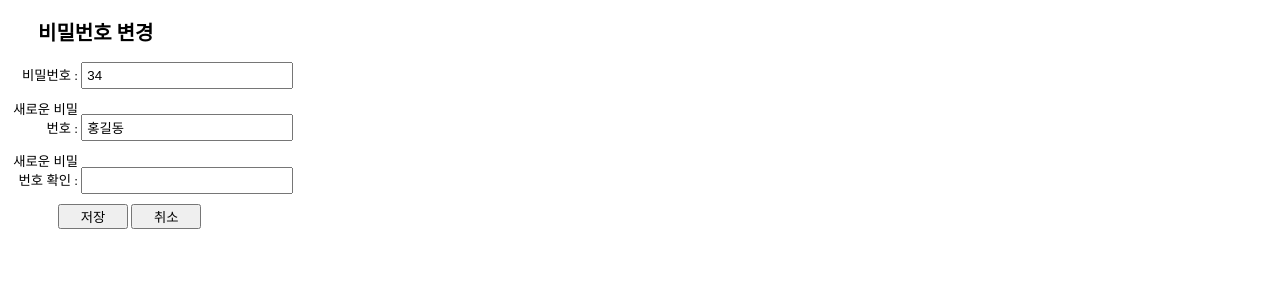
Repository: 5anniversary/JSPhw
Page: html1/WebContent/02practice/pwchange.html
The author's editor kept a copy of each file at every save. The page is drawn from the files as they stood at one save, then again after the next save.
The browser window is 1280 px wide. The pictures show the whole page.

Above is the page before, as saved 2020-04-11 09:58:53.

### html1/WebContent/02practice/pwchange.html
<!DOCTYPE html>
<html>
<head>
<meta http-equiv="Content-Type" content="text/html; charset=utf-8">
<style>
body { font-family: 굴림; font-size: 10pt;}
h2 { margin-left: 30px; }
div { margin-bottom: 10px; }
label:first-child {	display: inline-block; width: 70px; text-align: right; }
label:not(:first-child ) { display: inline-block; margin-right: 20px; }
input[type=text], select {padding: 4px;width: 200px;}
input[type=submit] {margin-left: 50px;width: 70px;}
input[type=reset] {	width: 70px; }
</style>
</head>
<body>
	<form method="post">
		<h2>비밀번호 변경</h2>
		<div>
			<label>비밀번호 :</label> <input type="text" name="no" value="34" />
		</div>
		<div>
			<label>새로운 비밀번호 :</label> <input type="text" name="username" value="홍길동" />
		</div>
		<div>
			<label>새로운 비밀번호 확인 :</label> <input type="text" name="email" />
		</div>
		<div>
			<input type="submit" value="저장" /> <input type="reset" value="취소" />
		</div>
	</form>
</body>
</html>

After the next save:
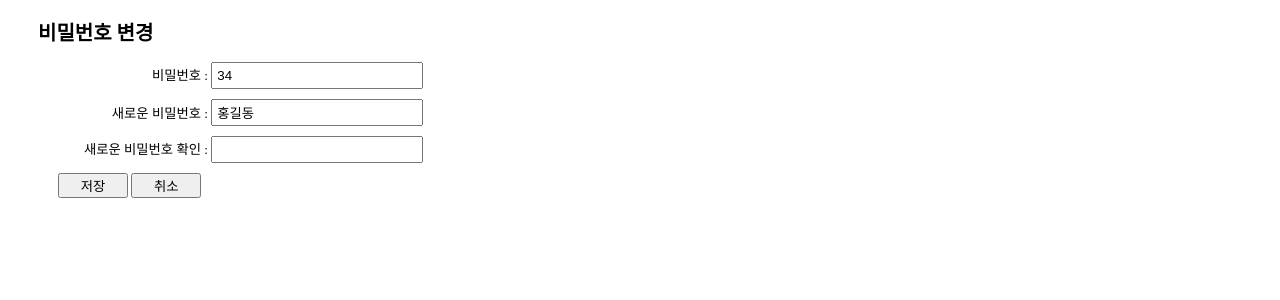
Saved 24 s later.
--- a/html1/WebContent/02practice/pwchange.html
+++ b/html1/WebContent/02practice/pwchange.html
@@ -6,7 +6,7 @@
 body { font-family: 굴림; font-size: 10pt;}
 h2 { margin-left: 30px; }
 div { margin-bottom: 10px; }
-label:first-child {	display: inline-block; width: 70px; text-align: right; }
+label:first-child {	display: inline-block; width: 200px; text-align: right; }
 label:not(:first-child ) { display: inline-block; margin-right: 20px; }
 input[type=text], select {padding: 4px;width: 200px;}
 input[type=submit] {margin-left: 50px;width: 70px;}
